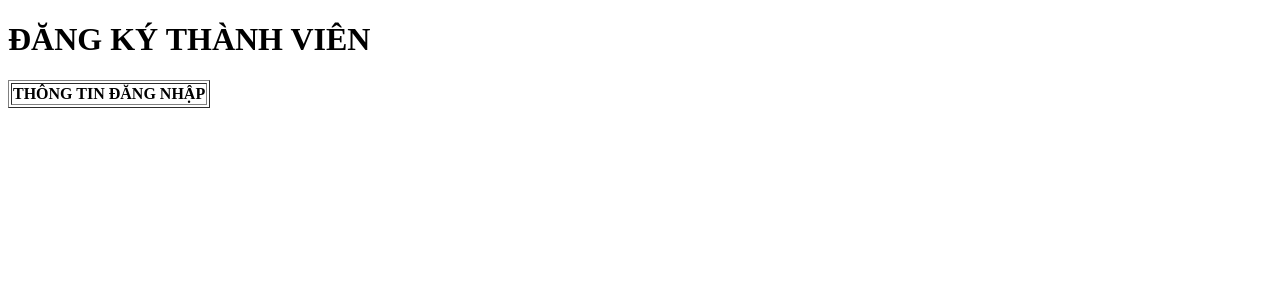
Repository: vnmk1/jsp_servlet-tutorials
Page: Bai2_HTML/src/main/webapp/register.html
An editor plug-in stored every save of this project. The page is shown before and after the next save, followed by the edit.
The browser window is 1280 px wide. The pictures show the whole page.

Above is the page before, as saved 2023-07-15 09:08:55.

After the next save:
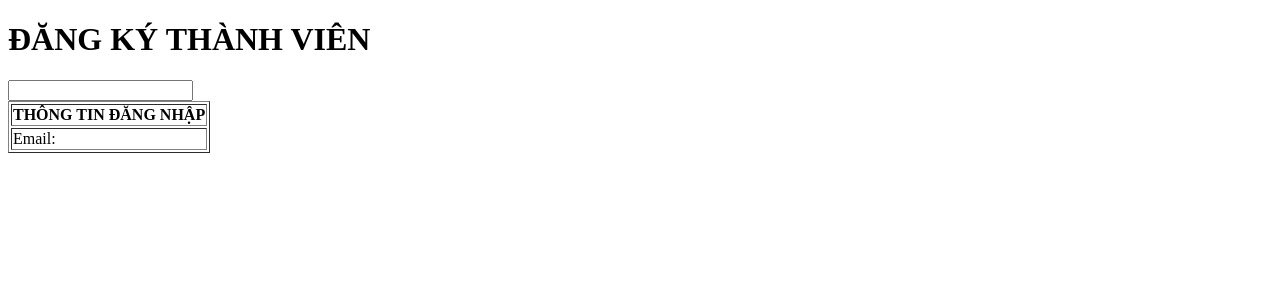
Saved 36 s later.
--- a/Bai2_HTML/src/main/webapp/register.html
+++ b/Bai2_HTML/src/main/webapp/register.html
@@ -11,6 +11,10 @@
 		<tr>
 			<td><b>THÔNG TIN ĐĂNG NHẬP</b></td>
 		</tr>
+		<tr>
+			<td>Email:</td>
+			<input>
+		</tr>
 	</tbody>
 </table>
 </body>
